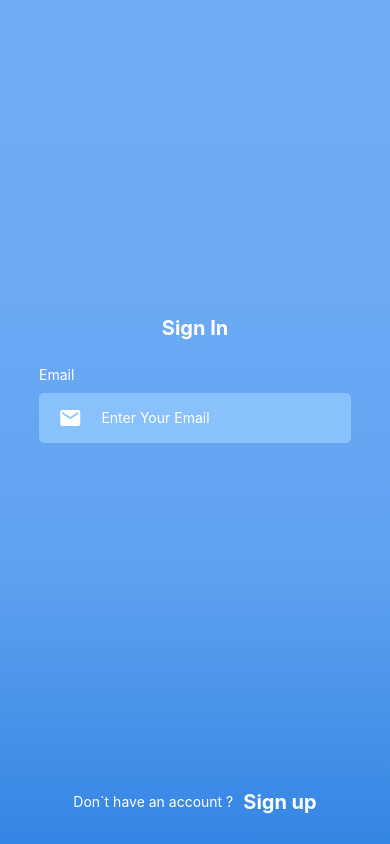
Repository: kamarajcalm/loginpage
Screen: /
The author's editor kept a copy of each file at every save. The screen is drawn from the files as they stood at one save, then again after the next save.
The app was drawn by React Native's web renderer in a window 390 px wide. The project was rebuilt for these pictures with package versions that can differ from the ones it lists, and the page was loaded fresh each time.

Above is the screen before, as saved 2021-12-26 00:10:50.

After the next save:
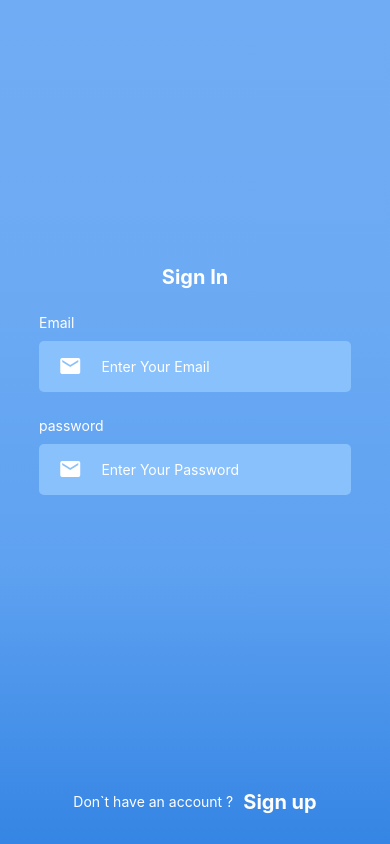
Saved 81 s later.
--- a/App.js
+++ b/App.js
@@ -6,7 +6,7 @@ import { MaterialCommunityIcons } from '@expo/vector-icons';
 import { useState } from 'react';
 export default function App() {
   const [email, setEmail] = useState("")
-  const [passwoed, setPassword] = useState("")
+  const [password, setPassword] = useState("")
   return (
     <LinearGradient style={styles.container}
       colors={["#70ACF4", '#6CAAF3', "#5FA2F1", "#3585E4",]}
@@ -33,6 +33,27 @@ export default function App() {
               keyboardType={"email-address"}
               style={[styles.textInput]}
               placeholder='Enter Your Email'
+              placeholderTextColor={"#fff"}
+              selectionColor={"#fff"}
+            />
+
+
+          </View>
+        </View>
+
+        <View style={[styles.textInputContainer]}>
+          <View>
+            <Text style={styles.text}>password</Text>
+          </View>
+          <View style={[styles.textBox]}>
+            <View style={[styles.iconContainer]}>
+              <MaterialCommunityIcons name="email" size={24} color="#fff" />
+            </View>
+            <TextInput
+              value={password}
+              onChangeText={val => setPassword(val)}
+              style={[styles.textInput]}
+              placeholder='Enter Your Password'
               placeholderTextColor={"#fff"}
               selectionColor={"#fff"}
             />
